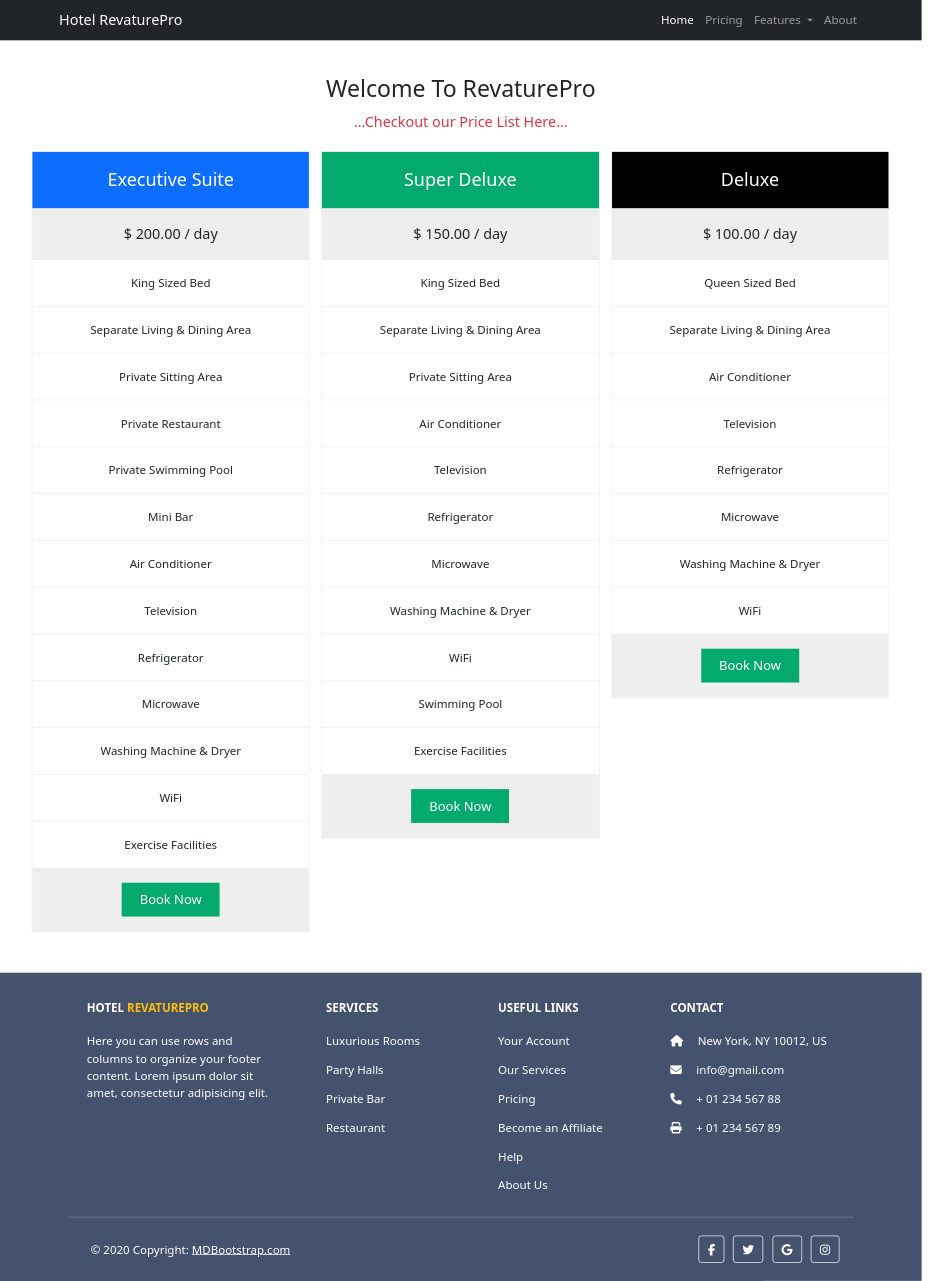
Repository: Azgarp/capstone-project
Page: http://localhost/demo/pricing.jsp
These files come from the project's save history. The page is drawn as it stood at one moment and after the next save; the edit follows.
The browser window is 1280 px wide. The page is 1292 px wide, so the pictures cover 1292 px, including what lies to the right of the window. The pictures show the whole page, at 72% of full size.
Some web libraries are served in a nearby version. The page is served by Tomcat 9. Other server files are loaded and not shown.

Above is the page before, as saved 2022-05-30 04:45:44.

### demo/src/main/webapp/pricing.jsp
<%@ page language="java" contentType="text/html; charset=ISO-8859-1"
    pageEncoding="ISO-8859-1"%>
<!DOCTYPE html>
<html>
<head>
<meta name="viewport" content="width=device-width, initial-scale=1.0">
<!-- BootStrap css and JavaScript links -->
    <%@include file="bootstrap_links.jsp" %>
<!-- Font awesome -->
    <%@include file="fontawesome/fontawesome.jsp" %>
<style>
* {
  box-sizing: border-box;
}

.columns {
  float: left;
  width: 33.3%;
  padding: 8px;
}

.price {
  list-style-type: none;
  border: 1px solid #eee;
  margin: 0;
  padding: 0;
  -webkit-transition: 0.3s;
  transition: 0.3s;
}

.price:hover {
  box-shadow: 0 8px 12px 0 rgba(0,0,0,0.2)
}

.price .header {
  background-color: #111;
  color: white;
  font-size: 25px;
}

.price li {
  border-bottom: 1px solid #eee;
  padding: 20px;
  text-align: center;
}

.price .grey {
  background-color: #eee;
  font-size: 20px;
}

.button {
  background-color: #04AA6D;
  border: none;
  color: white;
  padding: 10px 25px;
  text-align: center;
  text-decoration: none;
  font-size: 18px;
}

@media only screen and (max-width: 600px) {
  .columns {
    width: 100%;
  }
}
</style>
</head>
<body>
<%@include file="navbar.jsp"%>
<h2 style="text-align:center" class="p-5 pb-0">Welcome To RevaturePro</h2>
<p><h5 style="text-align:center" class="text-danger">...Checkout our Price List Here...</h5></p>
<div class="row p-5 pt-1">
<div class="columns">
  <ul class="price">
    <li class="header bg-primary">Executive Suite</li>
    <li class="grey">$ 200.00 / day</li>
    <li>King Sized Bed</li>
    <li>Separate Living & Dining Area</li>
    <li>Private Sitting Area</li>
    <li>Private Restaurant</li>
    <li>Private Swimming Pool</li>
    <li>Mini Bar</li>
    <li>Air Conditioner</li>
    <li>Television</li>
    <li>Refrigerator</li>
    <li>Microwave</li>
    <li>Washing Machine & Dryer</li>
    <li>WiFi</li>
    <li>Exercise Facilities</li>
    <li class="grey"><button onclick="javascript:document.loginform.submit()" class="button">Book Now</button></li>
    <form name="loginform" action="/receptionist/dashboard.jsp" method="post" hidden="true">
      				<input hidden type="submit" value="/receptionist/dashboard.jsp" />
  </ul>
</div>

<div class="columns">
  <ul class="price">
    <li class="header" style="background-color:#04AA6D">Super Deluxe</li>
    <li class="grey">$ 150.00 / day</li>
    <li>King Sized Bed</li>
    <li>Separate Living & Dining Area</li>
    <li>Private Sitting Area</li>
    <!-- <li>Private Restaurant</li> -->
    <!-- <li>Mini Bar</li> -->
    <li>Air Conditioner</li>
    <li>Television</li>
    <li>Refrigerator</li>
    <li>Microwave</li>
    <li>Washing Machine & Dryer</li>
    <li>WiFi</li>
    <li>Swimming Pool</li>
    <li>Exercise Facilities</li>
    <li class="grey"><button onclick="javascript:document.loginform.submit()" class="button">Book Now</button></li>
  </ul>
</div>


<div class="columns">
  <ul class="price">
    <li class="header bg-black">Deluxe</li>
    <li class="grey">$ 100.00 / day</li>
    <li>Queen Sized Bed</li>
    <li>Separate Living & Dining Area</li>
    <!-- <li>Private Sitting Area</li> -->
    <!-- <li>Private Restaurant</li> -->
    <!-- <li>Mini Bar</li> -->
    <li>Air Conditioner</li>
    <li>Television</li>
    <li>Refrigerator</li>
    <li>Microwave</li>
    <li>Washing Machine & Dryer</li>
    <li>WiFi</li>
    <li class="grey"><button onclick="javascript:document.loginform.submit()" class="button">Book Now</button></li>

  </ul>
</div>
</div>
<!-- footer -->
<%@include file="footer.jsp" %>

</body>
</html>

### demo/src/main/webapp/bootstrap_links.jsp
<!-- CSS only -->
<link rel="stylesheet" href="https://cdn.jsdelivr.net/npm/bootstrap@4.4.1/dist/css/bootstrap.min.css">
<link href="https://cdn.jsdelivr.net/npm/bootstrap@5.1.3/dist/css/bootstrap.min.css" rel="stylesheet"/>

<!-- JavScript Bundle with Popper -->
<script src="https://code.jquery.com/jquery-3.4.1.slim.min.js"></script>
<script src="https://cdn.jsdelivr.net/npm/popper.js@1.16.0/dist/umd/popper.min.js" ></script>
<script src="https://cdn.jsdelivr.net/npm/bootstrap@4.4.1/dist/js/bootstrap.min.js" ></script>
<script src="https://cdn.jsdelivr.net/npm/bootstrap@5.1.3/dist/js/bootstrap.bundle.min.js"></script>

### demo/src/main/webapp/fontawesome/fontawesome.jsp
<%@ page language="java" contentType="text/html; charset=ISO-8859-1"
    pageEncoding="ISO-8859-1"%>
    <!-- Font awesome -->
<script src="https://kit.fontawesome.com/29ed69fada.js" crossorigin="anonymous"></script>

### demo/src/main/webapp/navbar.jsp

<nav class="navbar navbar-expand-lg navbar-dark bg-dark">
      <div class="container-fluid container">
        <a class="navbar-brand" href="#">Hotel RevaturePro</a>
        <button
          class="navbar-toggler"
          type="button"
          data-bs-toggle="collapse"
          data-bs-target="#navbarNavDropdown"
          aria-controls="navbarNavDropdown"
          aria-expanded="false"
          aria-label="Toggle navigation"
        >
          <span class="navbar-toggler-icon"></span>
        </button>
        <div class="collapse navbar-collapse" id="navbarNavDropdown">
          <ul class="navbar-nav ms-auto">
            <li class="nav-item">
              <a class="nav-link active" aria-current="page" href="/">Home</a>
            </li>
            <!-- <li class="nav-item">
              <a class="nav-link" href="login.jsp">Available Rooms</a>
            </li> -->
            <!-- <li class="nav-item">
              <a class="nav-link" href="#">Features</a>
            </li> -->
            <li class="nav-item">
              <a class="nav-link" href="/pricing">Pricing</a>
            </li>
            <li class="nav-item dropdown">
              <a
                class="nav-link dropdown-toggle"
                href="#"
                id="navbarDropdownMenuLink"
                role="button"
                data-bs-toggle="dropdown"
                aria-expanded="false"
              >
                Features
              </a>
              <ul
                class="dropdown-menu bg-dark text-white p-1"
                aria-labelledby="navbarDropdownMenuLink"
              >
                <li><i class="fa-solid fa-wifi"></i> Seamless Internet</li>
                <li><i class="fas fa-tv"></i> Tv</li>
                <li>
                  <i class="fa fa-cutlery" aria-hidden="true"></i> Restaurent
                </li>
                <li>
                 <i class='fas fa-swimmer'></i> Swimming Pool
                </li>
                <li>
                 <i class='fas fa-heartbeat'></i> Exercise Facilities
                </li>
                <li>
                  <i class="fa fa-plus" aria-hidden="true"></i> Many more
                </li>
              </ul>
            </li>
            <li class="nav-item">
            <a class="nav-link" href="#">About</a>
            </li>
          </ul>
        </div>
      </div>
    </nav>

### demo/src/main/webapp/footer.jsp
<!-- Footer -->
  <footer
          class="text-center text-lg-start text-white"
          style="background-color: #45526e"
          >
    <!-- Grid container -->
    <div class="container p-4 pb-0">
      <!-- Section: Links -->
      <section class="">
        <!--Grid row-->
        <div class="row">
          <!-- Grid column -->
          <div class="col-md-3 col-lg-3 col-xl-3 mx-auto mt-3">
            <h6 class="text-uppercase mb-4 font-weight-bold">
              HOTEL <span class="text-warning">REVATUREPRO</span>
            </h6>
            <p>
              Here you can use rows and columns to organize your footer
              content. Lorem ipsum dolor sit amet, consectetur adipisicing
              elit.
            </p>
          </div>
          <!-- Grid column -->

          <hr class="w-100 clearfix d-md-none" />

          <!-- Grid column -->
          <div class="col-md-2 col-lg-2 col-xl-2 mx-auto mt-3">
            <h6 class="text-uppercase mb-4 font-weight-bold">SERVICES</h6>
            <p>
              <a class="text-white">Luxurious Rooms</a>
            </p>
            <p>
              <a class="text-white">Party Halls</a>
            </p>
            <p>
              <a class="text-white">Private Bar</a>
            </p>
            <p>
              <a class="text-white">Restaurant</a>
            </p>
          </div>
          <!-- Grid column -->

          <hr class="w-100 clearfix d-md-none" />

          <!-- Grid column -->
          <div class="col-md-3 col-lg-2 col-xl-2 mx-auto mt-3">
            <h6 class="text-uppercase mb-4 font-weight-bold">
              Useful links
            </h6>
            <p>
              <a class="text-white">Your Account</a>
            </p>
            <p>
              <a class="text-white">Our Services</a>
            </p>
            <p>
              <a class="text-white">Pricing</a>
            </p>
            <p>
              <a class="text-white">Become an Affiliate</a>
            </p>
            <p>
              <a class="text-white">Help</a>
            </p>
            <p>
              <a class="text-white">About Us</a>
            </p>
          </div>

          <!-- Grid column -->
          <hr class="w-100 clearfix d-md-none" />

          <!-- Grid column -->
          <div class="col-md-4 col-lg-3 col-xl-3 ms-auto mt-3">
            <h6 class="text-uppercase mb-4 font-weight-bold">Contact</h6>
            <p><i class="fas fa-home mr-3"></i> New York, NY 10012, US</p>
            <p><i class="fas fa-envelope mr-3"></i> info@gmail.com</p>
            <p><i class="fas fa-phone mr-3"></i> + 01 234 567 88</p>
            <p><i class="fas fa-print mr-3"></i> + 01 234 567 89</p>
          </div>
          <!-- Grid column -->
        </div>
        <!--Grid row-->
      </section>
      <!-- Section: Links -->

      <hr class="my-3">

      <!-- Section: Copyright -->
      <section class="p-3 pt-0">
        <div class="row d-flex align-items-center">
          <!-- Grid column -->
          <div class="col-md-7 col-lg-8 text-center text-md-start">
            <!-- Copyright -->
            <div class="p-3">
              © 2020 Copyright:
              <a class="text-white" href="https://mdbootstrap.com/"
                 >MDBootstrap.com</a
                >
            </div>
            <!-- Copyright -->
          </div>
          <!-- Grid column -->

          <!-- Grid column -->
          <div class="col-md-5 col-lg-4 ml-lg-0 text-center text-md-end">
            <!-- Facebook -->
            <a
               class="btn btn-outline-light btn-floating m-1"
               class="text-white"
               role="button"
               ><i class="fab fa-facebook-f"></i
              ></a>

            <!-- Twitter -->
            <a
               class="btn btn-outline-light btn-floating m-1"
               class="text-white"
               role="button"
               ><i class="fab fa-twitter"></i
              ></a>

            <!-- Google -->
            <a
               class="btn btn-outline-light btn-floating m-1"
               class="text-white"
               role="button"
               ><i class="fab fa-google"></i
              ></a>

            <!-- Instagram -->
            <a
               class="btn btn-outline-light btn-floating m-1"
               class="text-white"
               role="button"
               ><i class="fab fa-instagram"></i
              ></a>
          </div>
          <!-- Grid column -->
        </div>
      </section>
      <!-- Section: Copyright -->
    </div>
    <!-- Grid container -->
  </footer>
  <!-- Footer -->

After the next save:
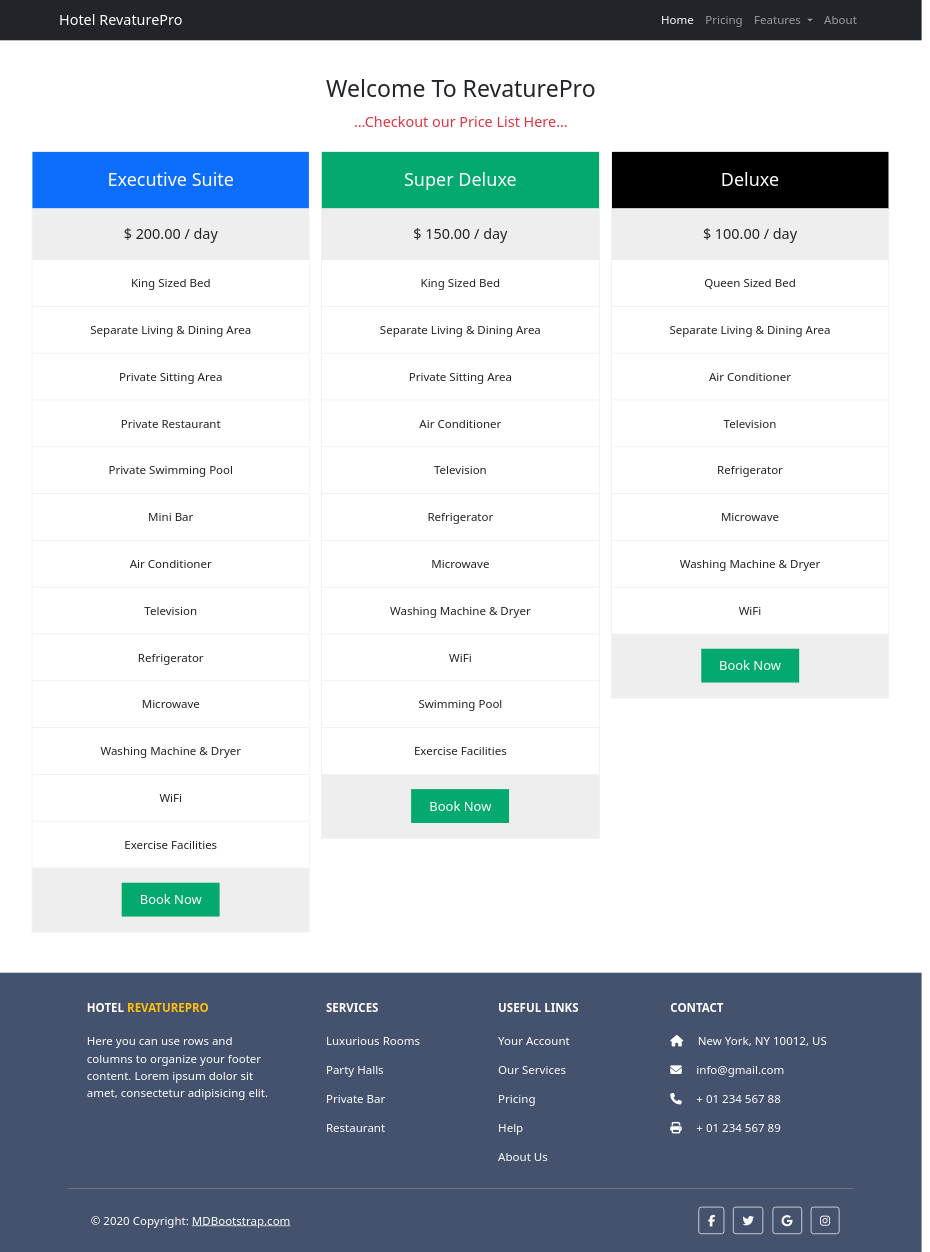
Saved 17 s later.
--- a/demo/src/main/webapp/footer.jsp
+++ b/demo/src/main/webapp/footer.jsp
@@ -58,9 +58,9 @@
             <p>
               <a class="text-white">Pricing</a>
             </p>
-            <p>
+            <!-- <p>
               <a class="text-white">Become an Affiliate</a>
-            </p>
+            </p> -->
             <p>
               <a class="text-white">Help</a>
             </p>
